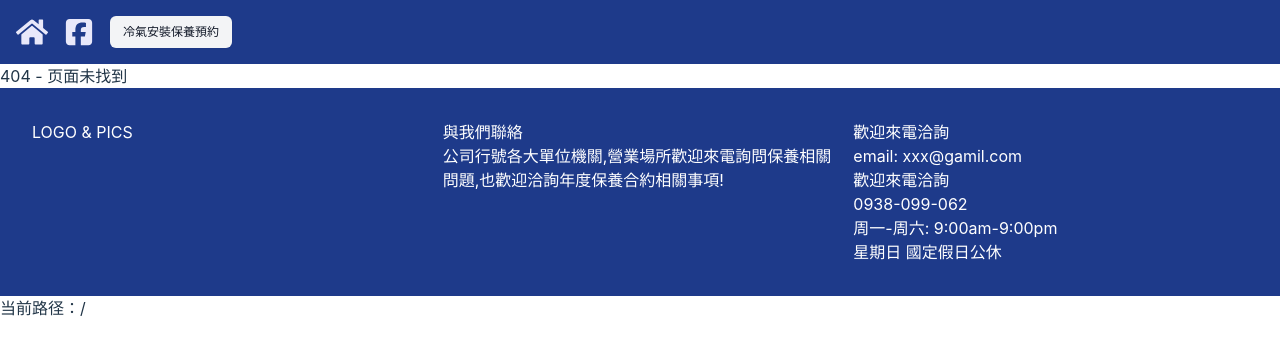
Repository: AlbertKoii/RuiYuFengXingYe
Page: /
An editor plug-in stored every save of this project. The page is shown before and after the next save, followed by the edit.
The browser window is 1280 px wide. The pictures show the whole page.
The project was rebuilt for these pictures with package versions that can differ from the ones it lists, and the page was loaded fresh each time. Also part of the build but not shown: vite.config.ts, src/components/ui/card.tsx, src/components/ui/input.tsx, src/components/ui/label.tsx, src/components/ui/select.tsx, src/components/ui/calendar.tsx, src/components/ui/popover.tsx, src/components/ui/common/AppointmentModal.tsx. Imported but missing from the stored project, and not drawn on this page: src/components/ui/carousel.

Above is the page before, as saved 2024-11-14 14:17:33.

### index.html
<!doctype html>
<html lang="en">
  <head>
    <meta charset="UTF-8" />
    <link rel="icon" type="image/svg+xml" href="/vite.svg" />
    <meta name="viewport" content="width=device-width, initial-scale=1.0" />
    <title>RuiYuFengXingYe</title>
  </head>
  <body>
    <div id="root"></div>
    <script type="module" src="./src/main.tsx"></script>
  </body>
</html>

### src/main.tsx
import React from 'react';
import ReactDOM from 'react-dom/client';
import { BrowserRouter } from "react-router-dom"
import './index.css';
import RouterMap  from './index';



const basename = process.env.NODE_ENV === 'production'? '/<repoName>/' : '/';

const root = ReactDOM.createRoot(
  document.getElementById('root') as HTMLElement
);

root.render(
  <React.StrictMode>
    <BrowserRouter basename={basename}>
      <RouterMap />
    </BrowserRouter>
  </React.StrictMode>
);

// If you want to start measuring performance in your app, pass a function
// to log results (for example: reportWebVitals(console.log))
// or send to an analytics endpoint. Learn more: https://bit.ly/CRA-vitals
// reportWebVitals();

### src/index.css
@tailwind base;
@tailwind components;
@tailwind utilities;

:root {
  font-family: Inter, system-ui, Avenir, Helvetica, Arial, sans-serif;
  line-height: 1.5;
  font-weight: 400;

  color-scheme: light dark;
  color: rgba(255, 255, 255, 0.87);
  background-color: #242424;

  font-synthesis: none;
  text-rendering: optimizeLegibility;
  -webkit-font-smoothing: antialiased;
  -moz-osx-font-smoothing: grayscale;
}


a {
  font-weight: 500;
  color: #646cff;
  text-decoration: inherit;
}
a:hover {
  color: #535bf2;
}

body {
  margin: 0;
  display: flex;
  place-items: center;
  min-width: 320px;
  min-height: 100vh;
}

h1 {
  font-size: 3.2em;
  line-height: 1.1;
}

button {
  border-radius: 8px;
  border: 1px solid transparent;
  padding: 0.6em 1.2em;
  font-size: 1em;
  font-weight: 500;
  font-family: inherit;
  background-color: #1a1a1a;
  cursor: pointer;
  transition: border-color 0.25s;
}
button:hover {
  border-color: #646cff;
}
button:focus,
button:focus-visible {
  outline: 4px auto -webkit-focus-ring-color;
}

@media (prefers-color-scheme: light) {
  :root {
    color: #213547;
    background-color: #ffffff;
  }
  a:hover {
    color: #747bff;
  }
  button {
    background-color: #f9f9f9;
  }
}

.absolute {
  position: absolute;
  top: 0;
  left: 0;
  width: 100%;
  display: flex;
  justify-content: center;
  align-items: center;
  z-index: 10;
}

.w-screen {
  width: 100vw;
}

.h-fit {
  height: fit-content;
}

.relative {
  position: relative;
}

.gallery {
  width: 100%;
  margin: 0 auto;
}



@layer base {
  :root {
    --background: 0 0% 100%;
    --foreground: 224 71.4% 4.1%;
    --card: 0 0% 100%;
    --card-foreground: 224 71.4% 4.1%;
    --popover: 0 0% 100%;
    --popover-foreground: 224 71.4% 4.1%;
    --primary: 220.9 39.3% 11%;
    --primary-foreground: 210 20% 98%;
    --secondary: 220 14.3% 95.9%;
    --secondary-foreground: 220.9 39.3% 11%;
    --muted: 220 14.3% 95.9%;
    --muted-foreground: 220 8.9% 46.1%;
    --accent: 220 14.3% 95.9%;
    --accent-foreground: 220.9 39.3% 11%;
    --destructive: 0 84.2% 60.2%;
    --destructive-foreground: 210 20% 98%;
    --border: 220 13% 91%;
    --input: 220 13% 91%;
    --ring: 224 71.4% 4.1%;
    --chart-1: 12 76% 61%;
    --chart-2: 173 58% 39%;
    --chart-3: 197 37% 24%;
    --chart-4: 43 74% 66%;
    --chart-5: 27 87% 67%;
    --radius: 0.5rem;
  }
  .dark {
    --background: 224 71.4% 4.1%;
    --foreground: 210 20% 98%;
    --card: 224 71.4% 4.1%;
    --card-foreground: 210 20% 98%;
    --popover: 224 71.4% 4.1%;
    --popover-foreground: 210 20% 98%;
    --primary: 210 20% 98%;
    --primary-foreground: 220.9 39.3% 11%;
    --secondary: 215 27.9% 16.9%;
    --secondary-foreground: 210 20% 98%;
    --muted: 215 27.9% 16.9%;
    --muted-foreground: 217.9 10.6% 64.9%;
    --accent: 215 27.9% 16.9%;
    --accent-foreground: 210 20% 98%;
    --destructive: 0 62.8% 30.6%;
    --destructive-foreground: 210 20% 98%;
    --border: 215 27.9% 16.9%;
    --input: 215 27.9% 16.9%;
    --ring: 216 12.2% 83.9%;
    --chart-1: 220 70% 50%;
    --chart-2: 160 60% 45%;
    --chart-3: 30 80% 55%;
    --chart-4: 280 65% 60%;
    --chart-5: 340 75% 55%;
  }
}

### src/index.tsx
import { useRoutes, Navigate, Link, Routes, Route } from "react-router-dom"
import React, { lazy, ReactElement, Suspense } from "react"
import { FaSquareFacebook } from "react-icons/fa6";
import Appointment from "@/pages/Nav/Appointment";
import { FaHome } from "react-icons/fa";
import FooterPage from "./pages/FooterPage/index";
import './index.css'
import { basename } from "path";


const Home = lazy(() => import('@/pages/Home/Index'));

function RouterMap(basename:any) {
  return (
    <div className="App h-screen">
      <nav className='flex  bg-blue-900 h-16'>
        <ul className='flex flex-nowrap justify-content'>
          <li className="content-center ml-4"><Link to="/">
            <FaHome
              style={{ fontSize: '2rem', color:"#e8e8fa"}}
            />
          </Link></li>
          <li className="content-center ml-4"><Link to="https://www.facebook.com/profile.php?id=100075747225558">
            <FaSquareFacebook
              size={30}
              color="#e8e8fa"/>
            </Link>
          </li>
          {/* 做預約功能連結 */}
          <li className=" content-center ml-4"><Link to="/">
            <Appointment/>
          </Link></li>
          {/* 預留會員註冊與登錄 */}
          {/* <li><Link to="/Login"><LoginIcon/></Link></li> */}
        </ul>
      </nav>
      <Suspense fallback={<div>Loading...</div>}>
        <Routes>
          {
            basename === '/'
            ?<Route path="/" element={<Home />} />
            :<Route path="/RuiYuFengXingYe/" element={<Home />} />
          }

          <Route path="*" element={<div>404 - 页面未找到</div>} />
        </Routes>
      </Suspense>
      <footer>
        <FooterPage/>
      </footer>
      <div>当前路径：{window.location.pathname}</div>
    </div>
  );
}

export default RouterMap;

### src/pages/Nav/Appointment/index.tsx
import React, { useState } from 'react';
import { Button } from "@/components/ui/button";
import AppointmentModal from "@/components/ui/common/AppointmentModal";

const Appointment = () => {
  const [isModalOpen, setIsModalOpen] = useState(false);

  const handleButtonClick = () => {
    setIsModalOpen(true);
  };

  const handleModalClose = () => {
    setIsModalOpen(false);
  };

  return (
    <div>
      <Button size="sm" variant="secondary" onClick={handleButtonClick}>
        冷氣安裝保養預約
      </Button>
      <AppointmentModal isOpen={isModalOpen} onClose={handleModalClose}/>
    </div>
  );
};

export default Appointment;

### src/pages/FooterPage/index.tsx
import React, { useState, useEffect } from 'react';
import {
  Accordion,
  AccordionContent,
  AccordionItem,
  AccordionTrigger,
} from "@/components/ui/accordion"


interface FooterProps {
}

const Footer: React.FC<FooterProps> = () => {

  return (
    <div className="w-screen h-fit p-8 relative bg-blue-900 text-white flex justify-center items-center">
        <div className='grid grid-cols-3 gap-4 justify-center xs:grid-cols-1 sm:grid-cols-1 lg:grid-cols-3 xl:grid-cols-3'>
          <div>
            LOGO & PICS
          </div>
          <div>
            <div>與我們聯絡</div>
            <div>公司行號各大單位機關,營業場所歡迎來電詢問保養相關問題,也歡迎洽詢年度保養合約相關事項!</div>
          </div>
          <div>
            <div>歡迎來電洽詢</div>
            <div>email: xxx@gamil.com</div>
            <div>歡迎來電洽詢</div>
            <div>0938-099-062</div>
            <div>
              <div>周一-周六: 9:00am-9:00pm</div>
              <div>星期日 國定假日公休</div>
            </div>
          </div>
        </div>

    </div>

  );
};

export default Footer;

### src/components/ui/button.tsx
import * as React from "react"
import { Slot } from "@radix-ui/react-slot"
import { cva, type VariantProps } from "class-variance-authority"

import { cn } from "@/lib/utils"

const buttonVariants = cva(
  "inline-flex items-center justify-center gap-2 whitespace-nowrap rounded-md text-sm font-medium transition-colors focus-visible:outline-none focus-visible:ring-1 focus-visible:ring-ring disabled:pointer-events-none disabled:opacity-50 [&_svg]:pointer-events-none [&_svg]:size-4 [&_svg]:shrink-0",
  {
    variants: {
      variant: {
        default:
          "bg-primary text-primary-foreground shadow hover:bg-primary/90",
        destructive:
          "bg-destructive text-destructive-foreground shadow-sm hover:bg-destructive/90",
        outline:
          "border border-input bg-background shadow-sm hover:bg-accent hover:text-accent-foreground",
        secondary:
          "bg-secondary text-secondary-foreground shadow-sm hover:bg-secondary/80",
        ghost: "hover:bg-accent hover:text-accent-foreground",
        link: "text-primary underline-offset-4 hover:underline",
      },
      size: {
        default: "h-9 px-2 py-2",
        sm: "h-8 rounded-md px-3 text-xs",
        lg: "h-10 rounded-md px-8",
        icon: "h-9 w-9",
      },
    },
    defaultVariants: {
      variant: "default",
      size: "default",
    },
  }
)

export interface ButtonProps
  extends React.ButtonHTMLAttributes<HTMLButtonElement>,
    VariantProps<typeof buttonVariants> {
  asChild?: boolean
}

const Button = React.forwardRef<HTMLButtonElement, ButtonProps>(
  ({ className, variant, size, asChild = false, ...props }, ref) => {
    const Comp = asChild ? Slot : "button"
    return (
      <Comp
        className={cn(buttonVariants({ variant, size, className }))}
        ref={ref}
        {...props}
      />
    )
  }
)
Button.displayName = "Button"

export { Button, buttonVariants }

### tailwind.config.js
/** @type {import('tailwindcss').Config} */
export default {
    darkMode: ["class"],
    content: [
    "./index.html",
    "./src/**/*.{js,ts,jsx,tsx}",
  ],
  theme: {
	screens: {
		'xs': '340px',
		'sm': '640px',
     	'md': '768px',
      	'lg': '1024px',
      	'xl': '1280px',
      	'2xl': '1536px',
	  },
  	extend: {
  		borderRadius: {
  			lg: 'var(--radius)',
  			md: 'calc(var(--radius) - 2px)',
  			sm: 'calc(var(--radius) - 4px)'
  		},
  		colors: {
  			background: 'hsl(var(--background))',
  			foreground: 'hsl(var(--foreground))',
  			card: {
  				DEFAULT: 'hsl(var(--card))',
  				foreground: 'hsl(var(--card-foreground))'
  			},
  			popover: {
  				DEFAULT: 'hsl(var(--popover))',
  				foreground: 'hsl(var(--popover-foreground))'
  			},
  			primary: {
  				DEFAULT: 'hsl(var(--primary))',
  				foreground: 'hsl(var(--primary-foreground))'
  			},
  			secondary: {
  				DEFAULT: 'hsl(var(--secondary))',
  				foreground: 'hsl(var(--secondary-foreground))'
  			},
  			muted: {
  				DEFAULT: 'hsl(var(--muted))',
  				foreground: 'hsl(var(--muted-foreground))'
  			},
  			accent: {
  				DEFAULT: 'hsl(var(--accent))',
  				foreground: 'hsl(var(--accent-foreground))'
  			},
  			destructive: {
  				DEFAULT: 'hsl(var(--destructive))',
  				foreground: 'hsl(var(--destructive-foreground))'
  			},
  			border: 'hsl(var(--border))',
  			input: 'hsl(var(--input))',
  			ring: 'hsl(var(--ring))',
  			chart: {
  				'1': 'hsl(var(--chart-1))',
  				'2': 'hsl(var(--chart-2))',
  				'3': 'hsl(var(--chart-3))',
  				'4': 'hsl(var(--chart-4))',
  				'5': 'hsl(var(--chart-5))'
  			}
  		},
  		keyframes: {
  			'accordion-down': {
  				from: {
  					height: '0'
  				},
  				to: {
  					height: 'var(--radix-accordion-content-height)'
  				}
  			},
  			'accordion-up': {
  				from: {
  					height: 'var(--radix-accordion-content-height)'
  				},
  				to: {
  					height: '0'
  				}
  			}
  		},
  		animation: {
  			'accordion-down': 'accordion-down 0.2s ease-out',
  			'accordion-up': 'accordion-up 0.2s ease-out'
  		}
  	}
  },
  plugins: [require("tailwindcss-animate")],
}

Loaded but not shown: src/lib/utils.ts (common file)

After the next save:
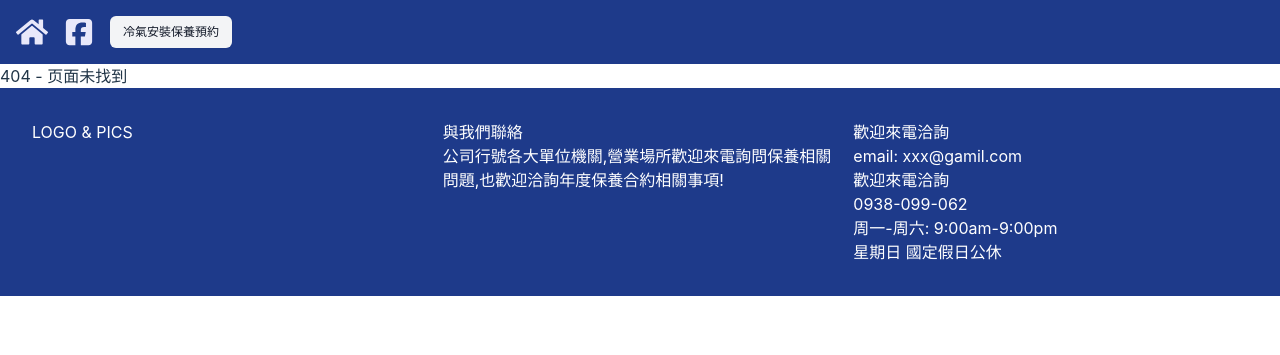
Saved 6 s later.
--- a/src/index.tsx
+++ b/src/index.tsx
@@ -48,7 +48,7 @@ function RouterMap(basename:any) {
       <footer>
         <FooterPage/>
       </footer>
-      <div>当前路径：{window.location.pathname}</div>
+      {/* <div>当前路径：{window.location.pathname}</div> */}
     </div>
   );
 }
